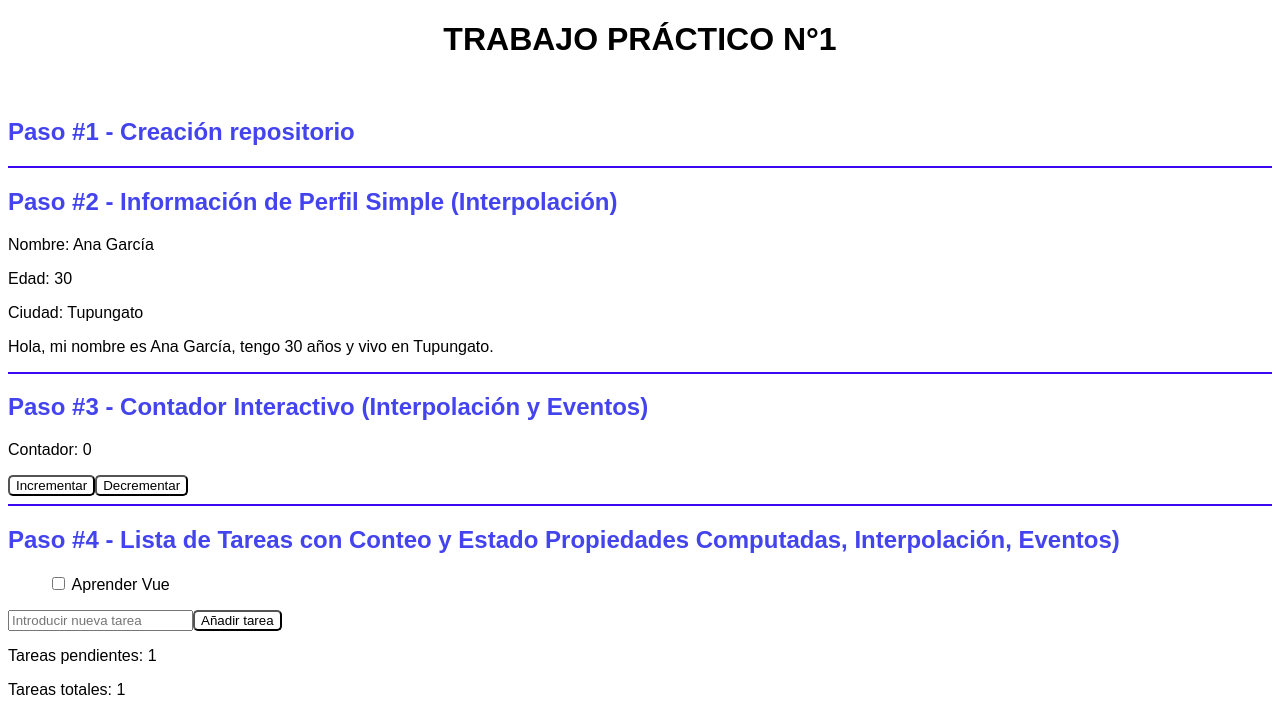
Repository: SofiaSferco/PWA
Page: practico01/index.html
An editor plug-in stored every save of this project. The page is shown before and after a run of saves, followed by the edit.
The browser window is 1280 px wide. The pictures show the whole page.

Above is the page before, as saved 2025-10-03 14:17:32.

After the next 2 saves:
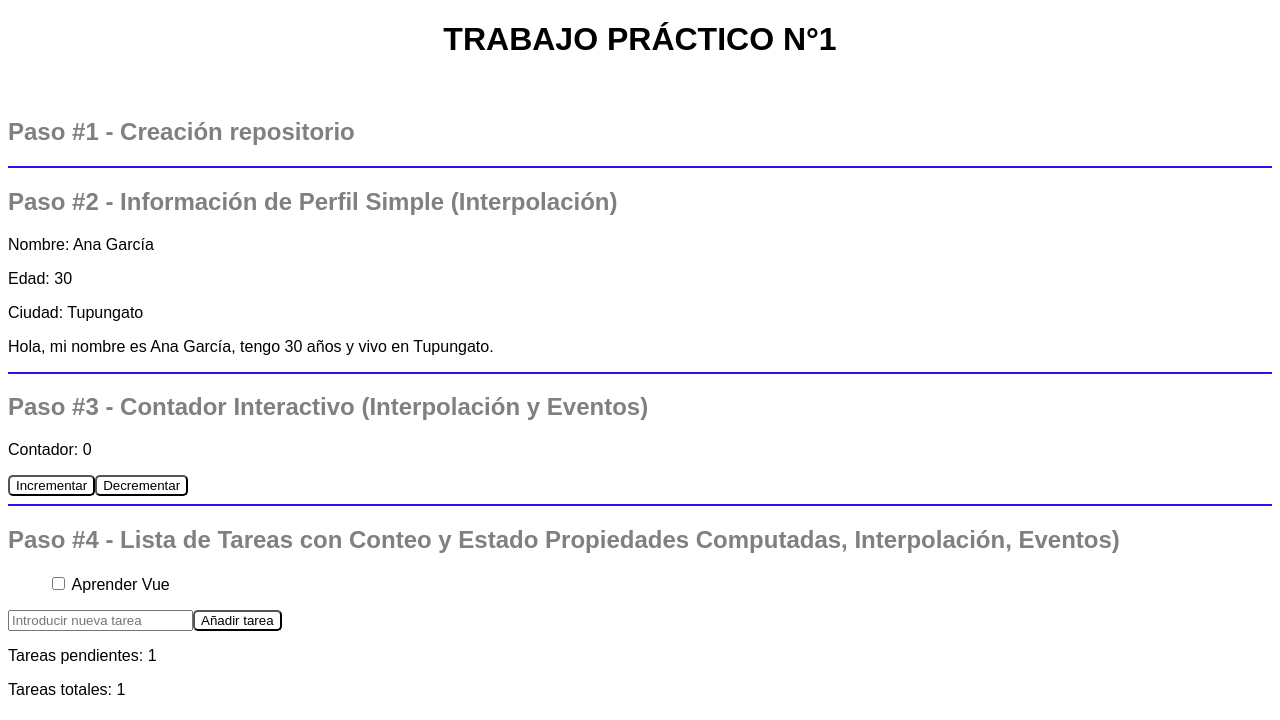
The 2 saves are shown as one change because they came seconds apart.
The last was saved 22 s later.
--- a/practico01/index.html
+++ b/practico01/index.html
@@ -87,7 +87,7 @@
         color: black;
     }
     h2 {
-        color: rgb(68, 68, 238);
+        color: gray;
     }
     hr {
         border: 1px solid #3b08f1;
